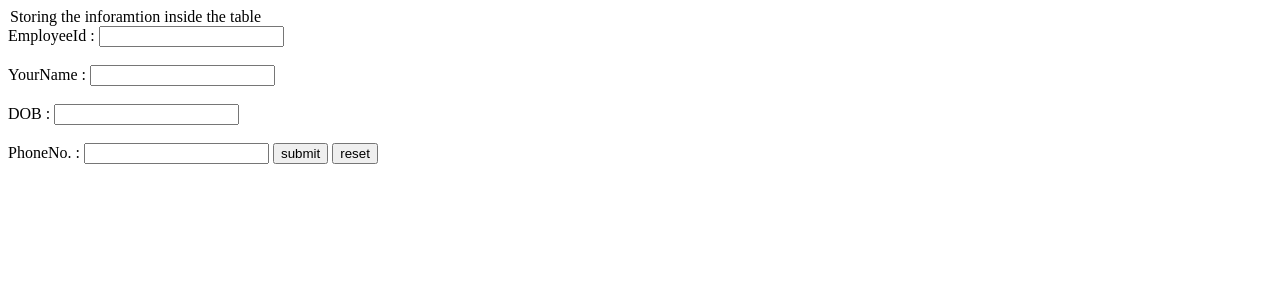
Repository: Altafalinadaf/SimpleProjects
Page: servletDemo7/src/main/webapp/index7.html
These files come from the project's save history. The page is drawn as it stood at one moment and after the next save; the edit follows.
The browser window is 1280 px wide. The pictures show the whole page.

Above is the page before, as saved 2023-10-31 11:02:31.

After the next save:
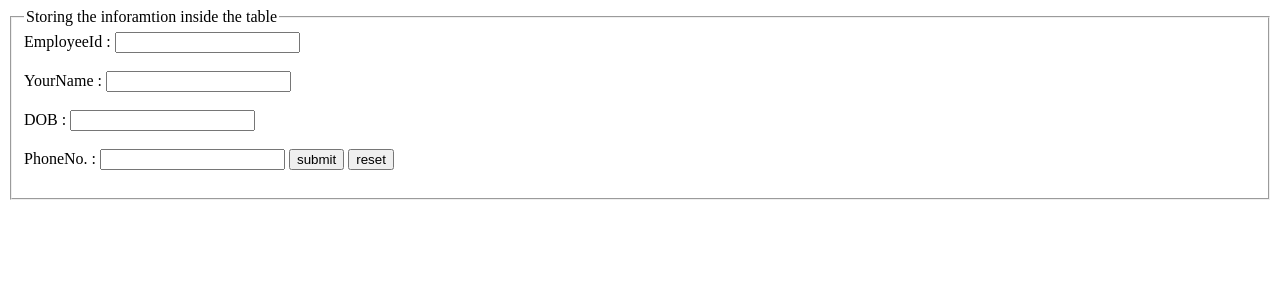
Saved 2 min 35 s later.
--- a/servletDemo7/src/main/webapp/index7.html
+++ b/servletDemo7/src/main/webapp/index7.html
@@ -9,7 +9,7 @@
 <body>
 
 	<form action="register" method="post">
-		<field set>
+		<fieldset>
 			<legend>Storing the inforamtion inside the table </legend>
 
 			<label for="id">EmployeeId : </label>
@@ -30,7 +30,7 @@
 			<input type="reset" value="reset" />
 			<br />
 			<br />
-		</field set>
+		</fieldset>
 	</form>
 </body>
 
